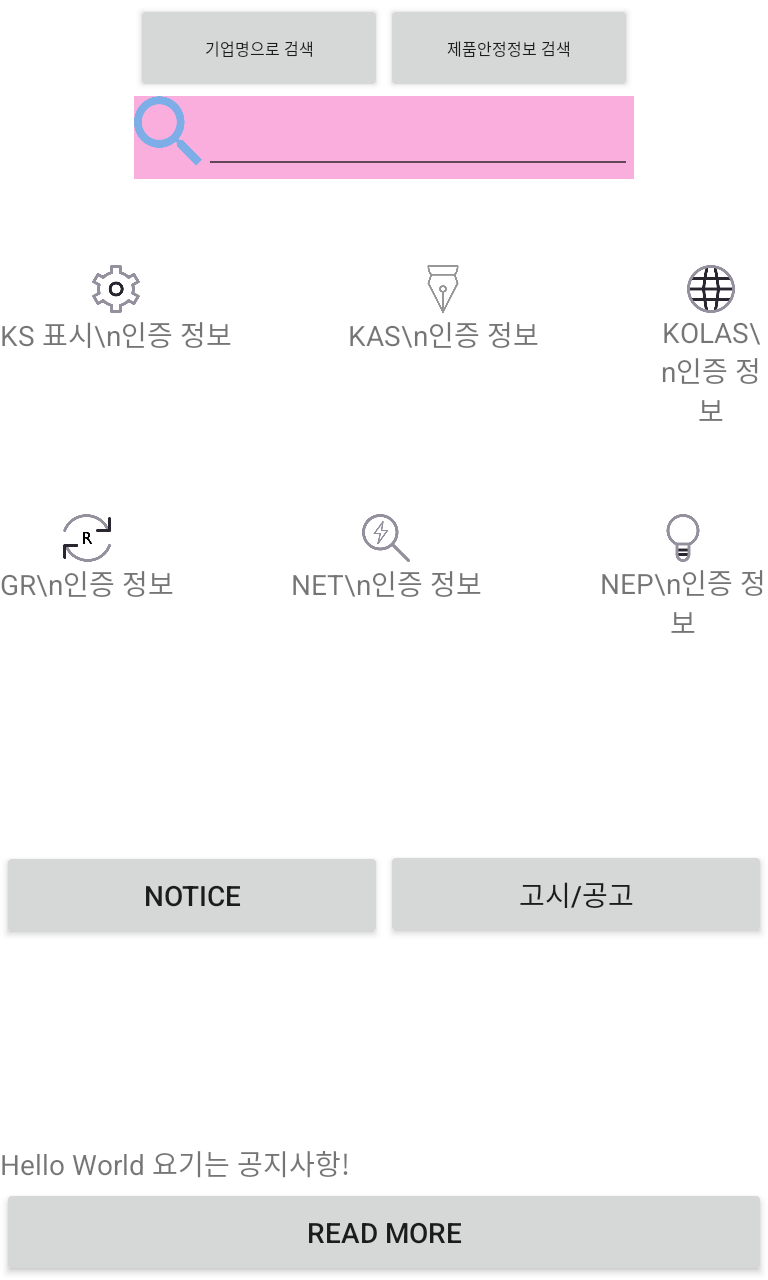
Repository: team-peony/ccfinder
Layout: android/CertifiedCompanyFinder/res/layout/fragment_main.xml
An editor plug-in stored every save of this project. The layout is shown before and after the next save, followed by the edit.
It is drawn on a 768 x 1280 px phone screen (xhdpi) without system bars, with theme AppTheme; the app's code is not run. Lists and similar views that code fills are empty.

Above is the layout before, as saved 2015-02-18 17:16:36.

After the next save:
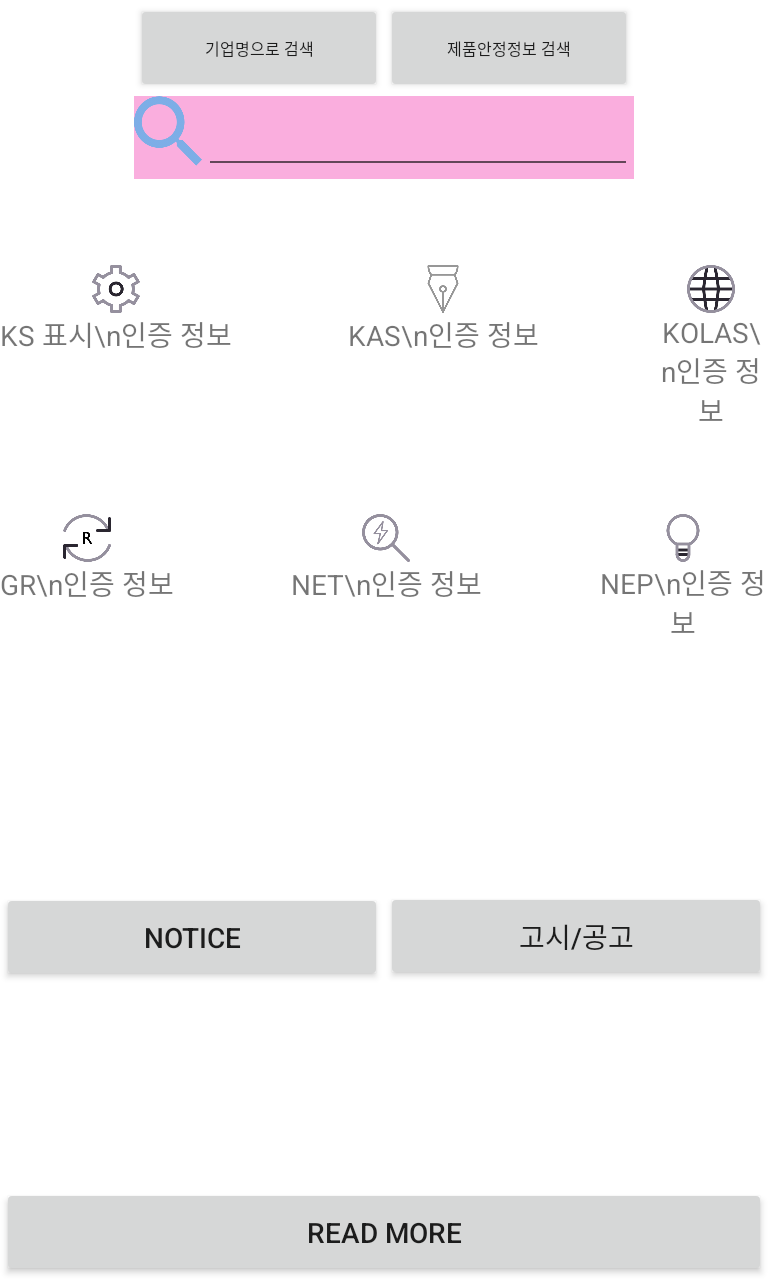
Saved 5 s later.
--- a/android/CertifiedCompanyFinder/res/layout/fragment_main.xml
+++ b/android/CertifiedCompanyFinder/res/layout/fragment_main.xml
@@ -235,10 +235,6 @@
             android:id="@+id/main_lvNotices"
             android:layout_width="match_parent"
             android:layout_height="100dp"/>
-        <TextView
-            android:layout_width="match_parent"
-            android:layout_height="wrap_content"
-            android:text="Hello World 요기는 공지사항!"/>
 
         <Button
 	            android:id="@+id/main_btnReadMore"
